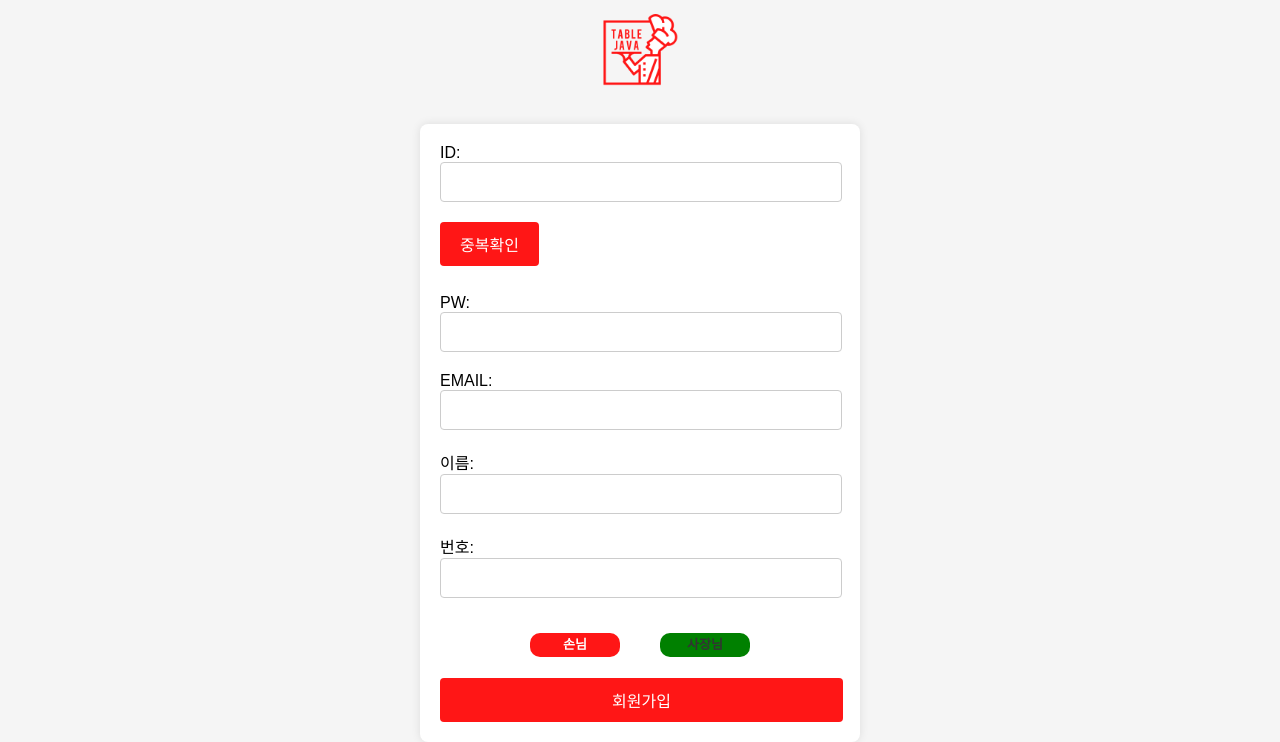
Repository: MeGuuuun/-_TableJava
Page: http://localhost/kimbanbagi/join.jsp
These files come from the project's save history. The page is drawn as it stood at one moment and after the next save; the edit follows.
The browser window is 1280 px wide. The pictures show the whole page.
The page is served by Tomcat 10. Other server files are loaded and not shown.

Above is the page before, as saved 2024-06-12 07:22:34.

### tableJava/kimbanbagi/WebContent/join.jsp
<%@ page language="java" contentType="text/html; charset=UTF-8"
    pageEncoding="UTF-8"%>
<!DOCTYPE html>
<html>
<head>
<meta charset="UTF-8">
<title>Insert title here</title>
<link rel="stylesheet" href="css/join.css">
<script src="jquery-1.11.0.min.js"></script>
<script src="https://code.jquery.com/jquery-3.6.0.min.js"></script>
<link rel="stylesheet" href="css/join.css">
<script>

//아이디 중복 체크 메소드
function checkId() {
    var userId = document.getElementById("userId").value;
    if (userId.trim() === "") {
        alert("아이디를 입력해주세요.");
        return;
    }
    $.ajax({
        type: "POST",
        url: "join",
        data: { action: "idCheck", userID: userId },
        success: function(response) {
            $('#idCheckResult').text(response);
        },
        error: function() {
            alert("중복 확인에 실패했습니다. 다시 시도해주세요.");
        }
    });

}

function validateForm() {
    var userId = document.getElementById("userId").value;
    var userPw = document.getElementsByName("userPW")[0].value;
    var userEmail = document.getElementsByName("userEmail")[0].value;
    var userName = document.getElementsByName("userName")[0].value;
    var userNumber = document.getElementsByName("userNumber")[0].value;

    if (userId.trim() === "") {
        alert("아이디를 입력해주세요.");
        return false;
    }
    if (userPw.trim() === "") {
        alert("비밀번호를 입력해주세요.");
        return false;
    }
    if (userEmail.trim() === "") {
        alert("이메일을 입력해주세요.");
        return false;
    }
    if (userName.trim() === "") {
        alert("이름을 입력해주세요.");
        return false;
    }
    if (userNumber.trim() === "") {
        alert("번호를 입력해주세요.");
        return false;
    }

    return true;
}
</script>
</head>
<body>
<div class="logo_image">
	<img src="image/logo.png">
</div>

<div class="container">
	<form action="join" method="post" onsubmit="return validateForm()">
		ID:<br>
		<input type="text" name="userID" id = "userId">
		 <button type="button" onclick="checkId()">중복확인</button>
		<%
            String status = (String) request.getAttribute("status");
            if (status != null && !status.isEmpty()) {
        %>
            <%= status %>
        <% } %>

		<span id="idCheckResult"></span><br>
		PW:<br>
		<input type="text" name="userPW"><br>
		EMAIL:<br>
		<input type="text" name="userEmail"><br>
		이름:<br>
		<input type="text" name="userName"><br>
		번호:<br>
		<input type="text" name="userNumber"><br>
		<div class ="select">
			<input type="radio" id="customer" name="role" value="customer" checked>
			<label for="customer">손님</label>
			<input type="radio" id="owner" name="role" value="owner">
			<label for="owner">사장님</label>
		</div>
		<div class="join_button">
			<button type="submit" name="action" value="join">회원가입</button>
		</div>
	</form>
</div>
</body>
</html>

### tableJava/kimbanbagi/WebContent/css/join.css
body {
    font-family: Arial, sans-serif;
    background-color: #f5f5f5;
    margin: 0;
    padding: 0;

}

h1 {
    font-size: 24px;
    margin-bottom: 20px;
    color: #333;
    padding-top: 20px;
}

.container {
    max-width: 400px;
    margin: 0 auto; /* 가운데 정렬을 위해 margin 수정 */
    background-color: #fff;
    padding: 20px;
    border-radius: 8px;
    box-shadow: 0 0 10px rgba(0, 0, 0, 0.1);
}

form label {
    display: block;
    font-size: 16px;
    margin-bottom: 6px;
}

form input[type="text"],
form input[type="password"] {
    width: calc(100% - 20px);
    padding: 10px;
    font-size: 16px;
    margin-bottom: 20px;
    border: 1px solid #ccc;
    border-radius: 4px;
}

form input[type="radio"] {
    display: none; /* 라디오 버튼 숨기기 */
}

form button[type="button"] {
    background-color: #FF1616; /* 색상을 #FF1616로 변경 */
    color: #fff;
    padding: 10px 20px;
    border: none;
    border-radius: 4px;
    font-size: 16px;
    cursor: pointer;

}

form button[type="submit"] {
    background-color: #FF1616; /* 색상을 #FF1616로 변경 */
    color: #fff;
    padding: 10px 20px;
    border: none;
    border-radius: 4px;
    font-size: 16px;
    cursor: pointer;
    width: 403px;
    transition: background-color 0.3s;
}

form button[type="submit"]:hover {
    background-color: #ff6d2a; /* hover 시 배경색 변경 */
}

#error-message {
    color: #ff0000;
    margin-top: 10px;
}

#idCheckResult {
    display: block;
    margin-top: 10px;
}

.logo_image {
    text-align: center;
    margin-bottom: 20px; /* 로고 이미지와 폼 사이의 간격 추가 */
}

.logo_image img {
    width: 100px; /* 원하는 크기로 설정 */
    height: 100px; /* 원하는 크기로 설정 */
}

.select {
	display:flex;
	justify-content:center;
    padding: 15px 0;
}

.select input[type=radio] {
    display: none; /* 라디오 버튼 숨기기 */
}

.select label {
    display: inline-block;
    cursor: pointer;
    height: 24px;
    width: 90px;
    border: 0px solid;
    border-radius:10px;
    line-height: 24px;
    text-align: center;
    font-weight: bold;
    font-size: 13px;
    background-color: green;
    color: #333;
    margin-right: 40px;
}

.select label:last-of-type {
    margin-right: 0; /* 마지막 label의 오른쪽 margin 제거 */
}

.select input[type=radio]:checked + label {
    background-color: #FF1616;
    color: #fff;
}

Loaded but not shown: tableJava/kimbanbagi/WebContent/js/jquery-1.11.0.min.js (library)

After the next save:
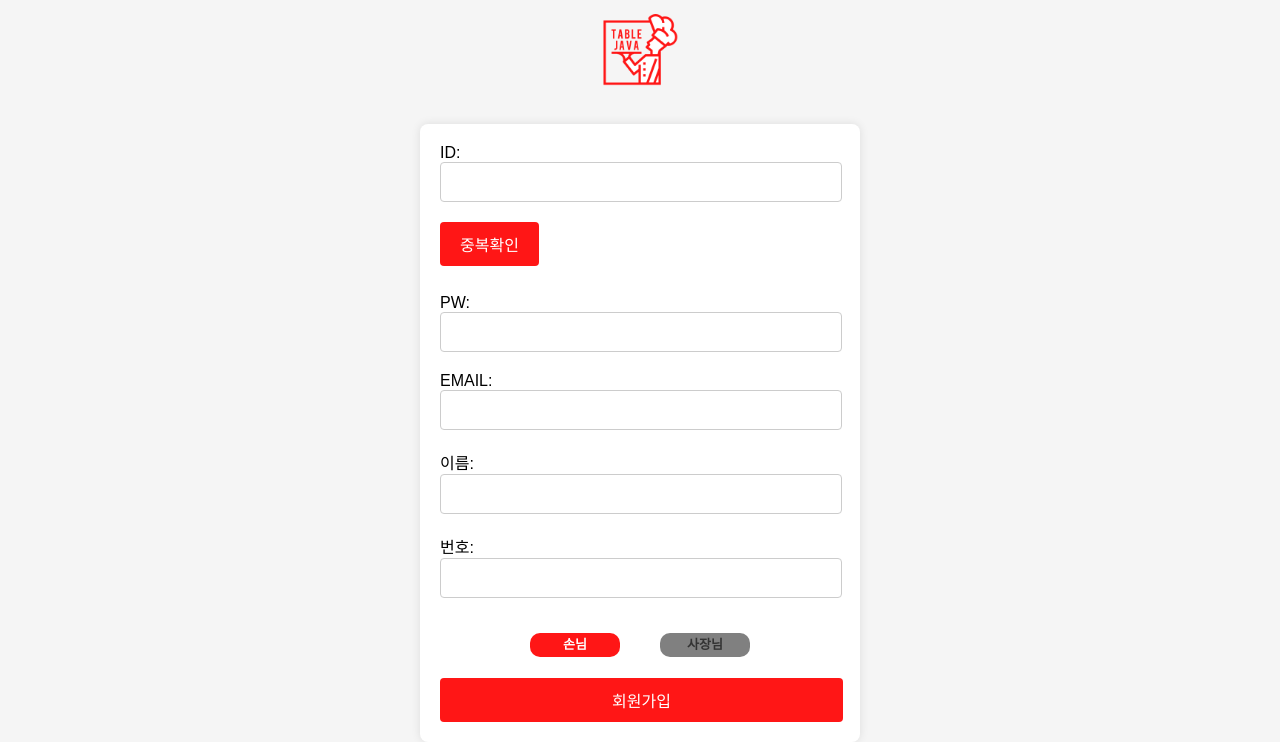
Saved 78 s later.
--- a/tableJava/kimbanbagi/WebContent/css/join.css
+++ b/tableJava/kimbanbagi/WebContent/css/join.css
@@ -110,7 +110,7 @@ form button[type="submit"]:hover {
     text-align: center;
     font-weight: bold;
     font-size: 13px;
-    background-color: green;
+    background-color: gray;
     color: #333;
     margin-right: 40px;
 }
